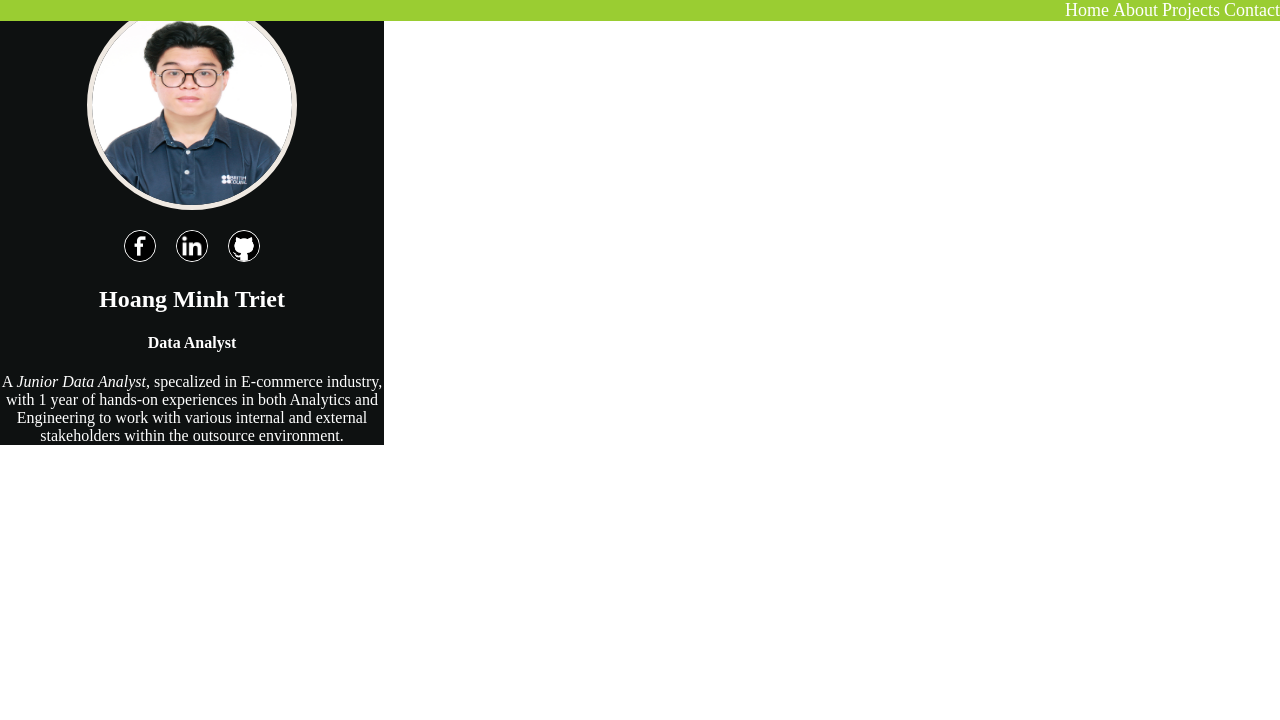
Repository: MinnTrit/personal_website
Page: http://localhost/
The author's editor kept a copy of each file at every save. The page is drawn from the files as they stood at one save, then again after a run of saves.
The browser window is 1280 px wide. The pictures show the whole page.
The page is served by the project's application, run on Flask 3 (app.py).

Above is the page before, as saved 2025-01-29 12:05:50.

### templates/index.html
<!DOCTYPE html>
<html lang="en">
<head>
    <meta charset="UTF-8">
    <meta name="viewport" content="width=device-width, initial-scale=1.0">
    <link rel="stylesheet" href="{{ url_for('static', filename='css/styles.css') }}">
    <title>Data Engineer - Hoang Minh Triet</title>
</head>
<body>
    <header>
        <nav class="navbar">
            <a href="">Home</a>
            <a href="">About</a>
            <a href="">Projects</a>
            <a href="">Contact</a>
        </nav>
    </header>
    <main>
        <div class="picture">
            <img src="{{ url_for('static', filename='imgs/personal_image.jpg') }}" alt="personalImage">
            <div class="information">
                <a href="https://www.facebook.com/minhtriet05042003/" target="_blank">
                    <img class="facebook" src="{{ url_for('static', filename='imgs/facebook.jpg') }}" alt="facebook">
                </a>
                <a href="https://www.linkedin.com/in/minchit0504/" target="_blank">
                    <img class="linkedin" src="{{ url_for('static', filename='imgs/linkedin-logo.png') }}" alt="linkedin">
                </a>
                <a href="https://www.linkedin.com/in/minchit0504/" target="_blank">
                    <img class="github" src="{{ url_for('static', filename='imgs/github.png') }}" alt="github">
                </a>
            </div>
            <div class="pictureText">
                <h2>Hoang Minh Triet</h2>
                <h4>Data Analyst</h4>
                <p>A <em>Junior Data Analyst</em>, specalized in E-commerce industry, with 1 year of hands-on experiences in both Analytics and Engineering to work with various internal and external stakeholders within the outsource environment.</p>
            </div>
        </div>

    </main>
</body>
</html>

### app.py
from flask import Flask, request, render_template
app = Flask(__name__)
app.debug=True
#Initialize common variables
@app.route('/', methods=['GET', 'POST'])
def index():
    if request.method == 'GET':
        return render_template('index.html')

if __name__ == '__main__':
    app.run(host='0.0.0.0', port=5002, debug=True)

### static/css/styles.css
header {
    position: fixed; /* Position the header to always be at the top */
    top: 0px;
    left: 0px;
    width: 100%;
    background: yellowgreen;
    display: flex;
    justify-content: flex-end;
    align-items: center;
    z-index: 100px;
}

.navbar a {
    font-size: 18px;
    color: white;
    text-decoration: none;
    font-weight: 500;
}

.navbar a:hover {
    color: #00abf0
}

html, body {
    height: 100%;
    margin: 0;
    color: white;
}

.picture {
    background-color:#0e1111;
    width: 30%;
    height: 100%;
}

.picture img {
    display: block;
    width: 200px;
    height: 200px;
    margin-left: auto;
    margin-right: auto;
    border-radius: 50%;
    border: 5px solid;
    border-color:#efe9e2;
}

.picture .pictureText {
    text-align: center;
    transform: translateY(100%);
    opacity: 0;
    animation: slideInFromBottom 1s ease-in-out forwards;
}

@keyframes slideInFromBottom {
    0% {
        transform: translateY(100%);
        opacity: 0;
    }
    100% {
        transform: translateY(0);
        opacity: 1;
    }
}


.sections {
    display: flex;
    justify-content: right;
    position: absolute;
    top: 0;
    right: 0;
    background-color:#3b444b;
    width: 70%;
    height: 100%;
    gap: 50px;
}

.sections .h2 {
    display: inline-block;
}

.information {
    margin-top: 20px;
    display: flex;
    justify-content: center;
    gap: 20px;
}

.information img {
    width: 30px;
    height: 30px;
    display: inline-block;
    border: 1px solid;
    border-color: white;
}

.information img:hover {
    opacity:1.0;
}

After the next 2 saves:
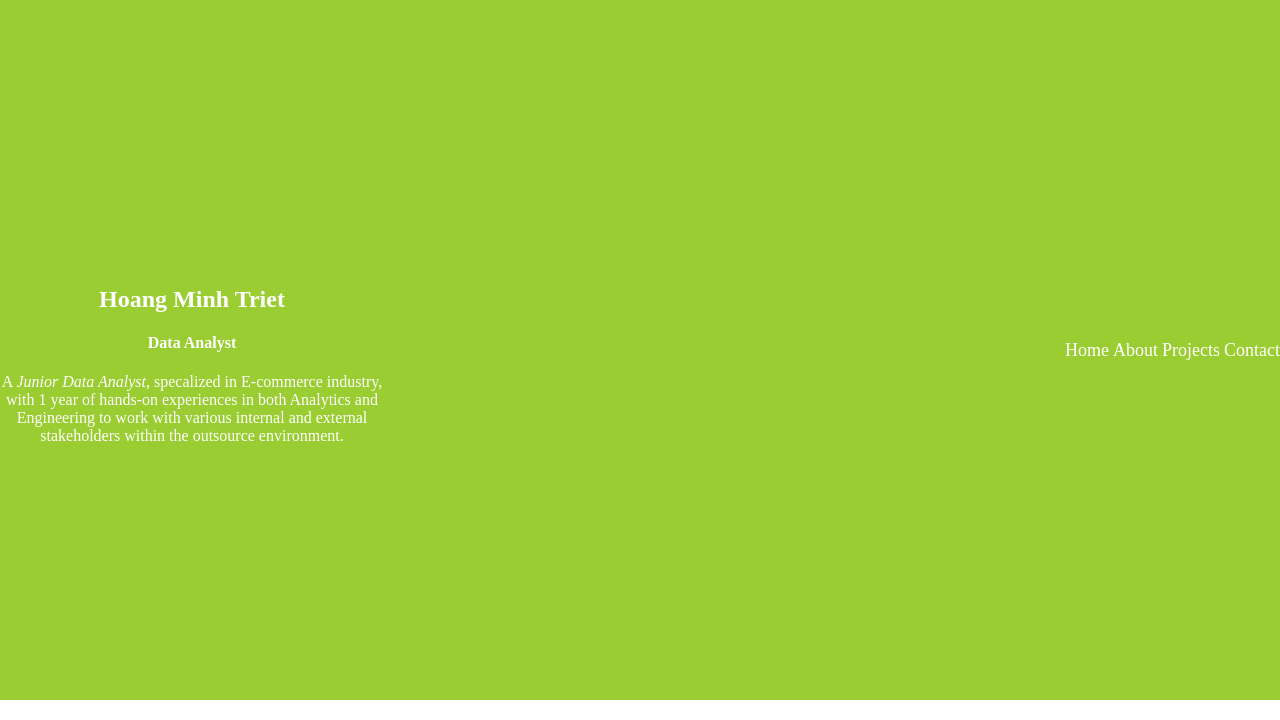
The 2 saves are shown as one change because they came seconds apart.
The last was saved 25 s later.
--- a/static/css/styles.css
+++ b/static/css/styles.css
@@ -3,6 +3,7 @@
     top: 0px;
     left: 0px;
     width: 100%;
+    min-height: 700px;
     background: yellowgreen;
     display: flex;
     justify-content: flex-end;

After the save that followed:
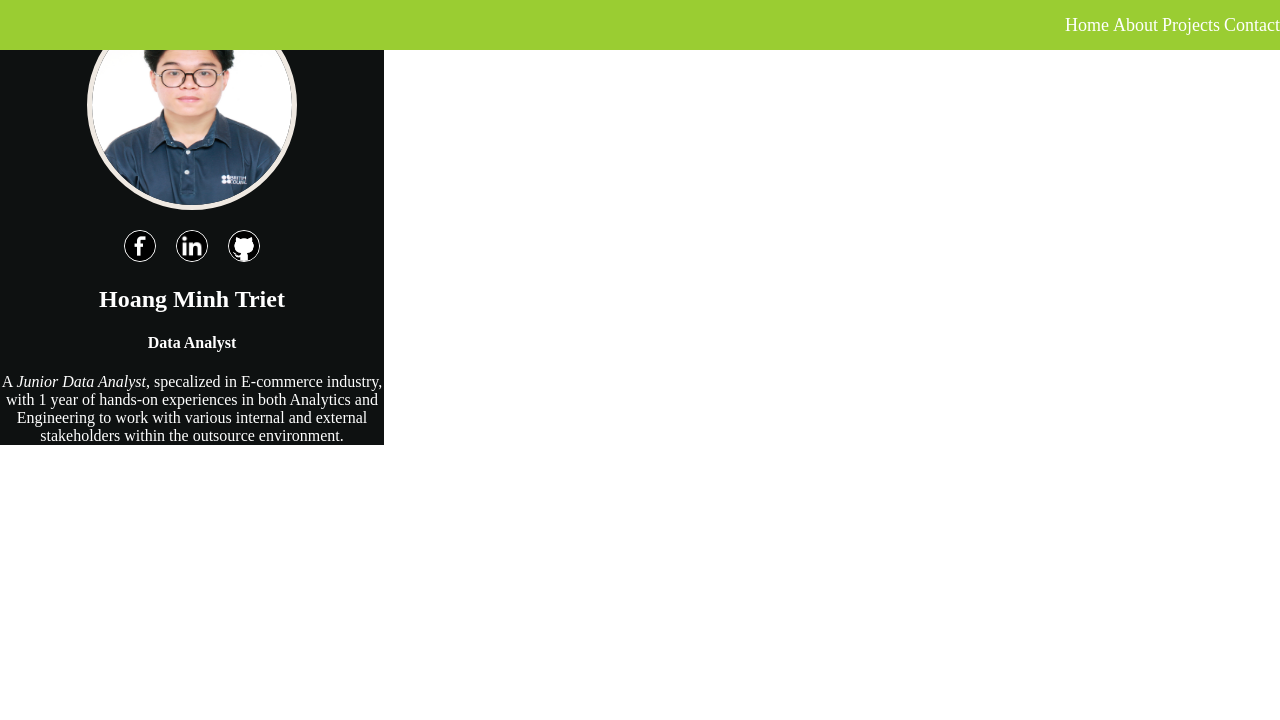
Saved 11 s later.
--- a/static/css/styles.css
+++ b/static/css/styles.css
@@ -3,7 +3,7 @@
     top: 0px;
     left: 0px;
     width: 100%;
-    min-height: 700px;
+    min-height: 50px;
     background: yellowgreen;
     display: flex;
     justify-content: flex-end;
